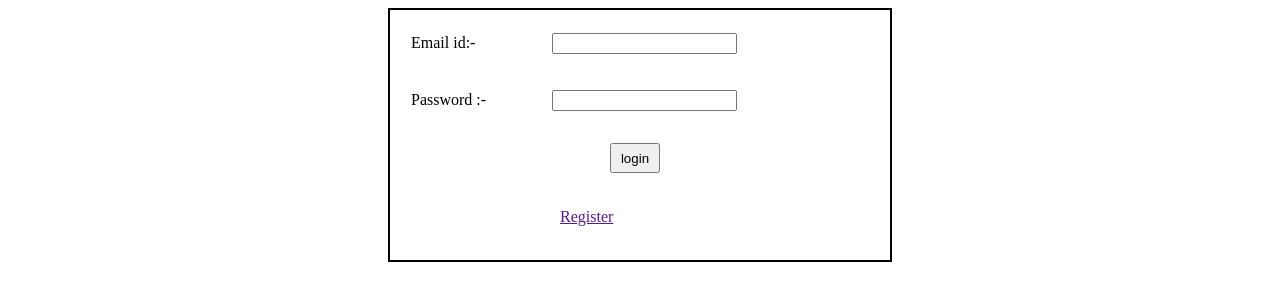
Repository: ShivrajMPujari/ServletApplication
Page: http://localhost/LoginReg/
The author's editor kept a copy of each file at every save. The page is drawn from the files as they stood at one save, then again after the next save.
The browser window is 1280 px wide. The pictures show the whole page.
The page is served by Tomcat 9.

Above is the page before, as saved 2018-07-09 06:10:58.

After the next save:
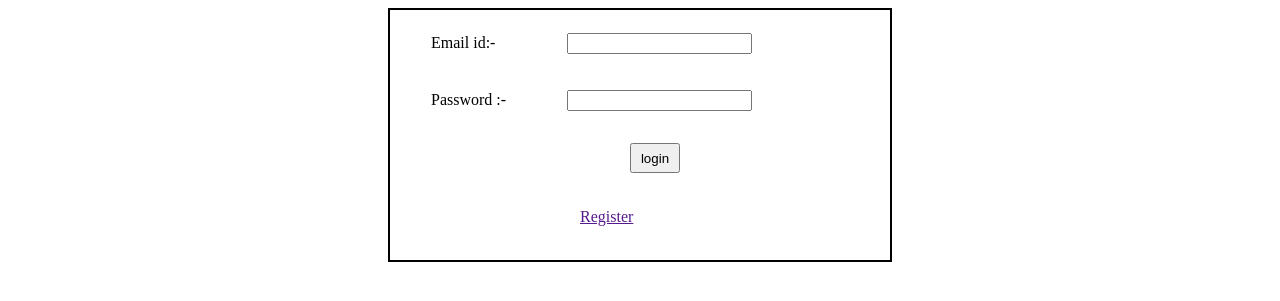
Saved 38 s later.
--- a/LoginReg/WebContent/index.css
+++ b/LoginReg/WebContent/index.css
@@ -11,7 +11,7 @@
 	height:240px;
 	width:480px;
 	margin:auto;
-
+	padding-left: 20px;
 }
 tr{
 	height: 30px;
